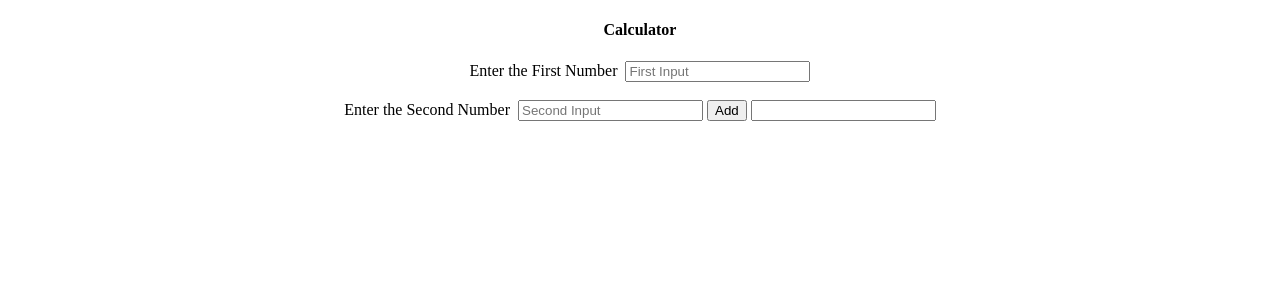
Repository: Shreyash1107/Intern_Projects
Page: Calculator/src/main/webapp/Calculator.html
An editor plug-in stored every save of this project. The page is shown before and after the next save, followed by the edit.
The browser window is 1280 px wide. The pictures show the whole page.

Above is the page before, as saved 2024-07-03 10:11:03.

After the next save:
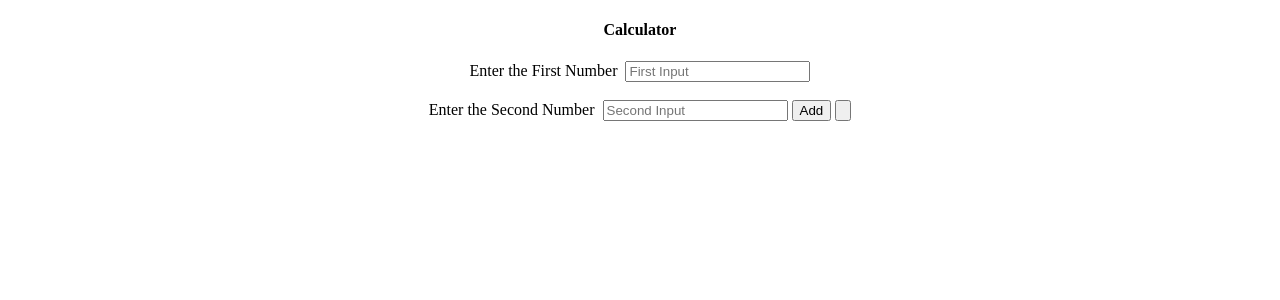
Saved 12 s later.
--- a/Calculator/src/main/webapp/Calculator.html
+++ b/Calculator/src/main/webapp/Calculator.html
@@ -19,8 +19,8 @@
 						<td>Enter the Second Number</td>&nbsp;
 						<td><input type="number" name="Second" value="" placeholder="Second Input"</td>
 					</tr>
-					<input type="submit" name="s" value="Add">
-					<input type=""
+					<input type="submit" name="a" value="Add">
+					<input type="submit" name="b" value=""
 			</div>
 		</div>
 			</form>
